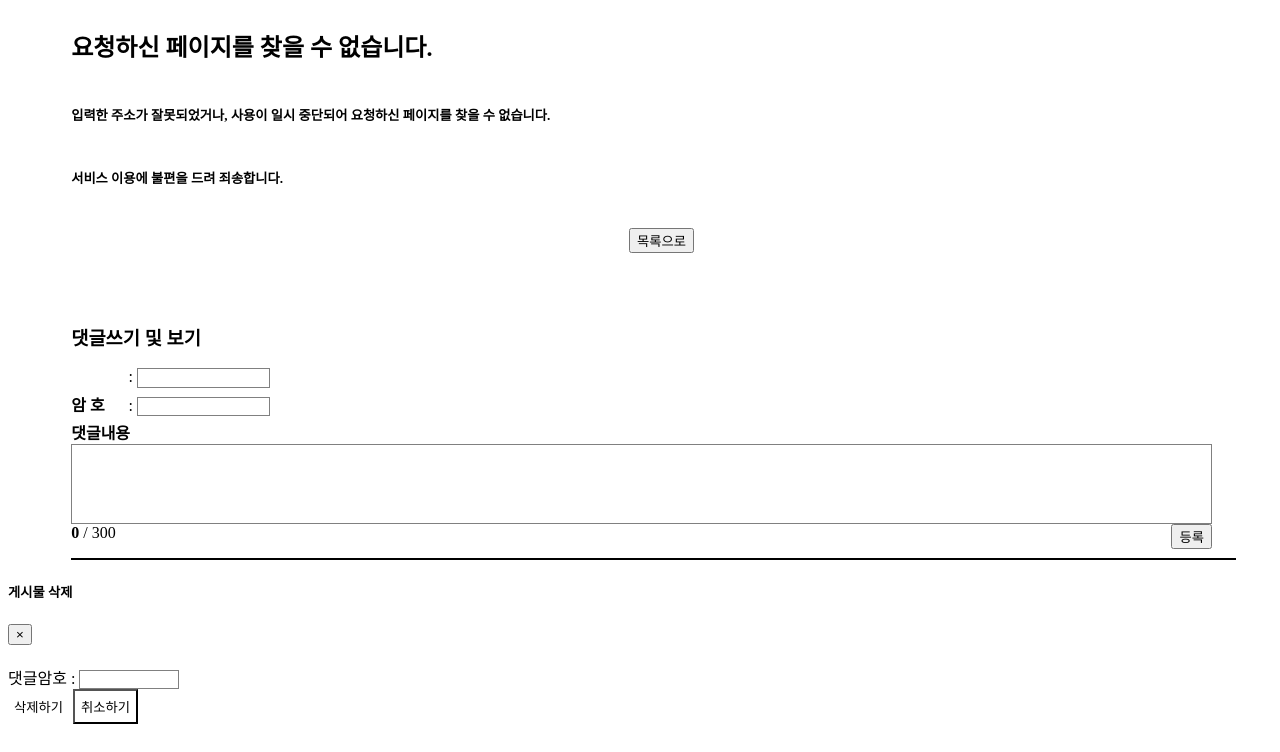
Repository: sser98/bowtech
Page: http://localhost/Board/WEB-INF/views/tiles1/board/view.jsp
An editor plug-in stored every save of this project. The page is shown before and after the next save, followed by the edit.
The browser window is 1280 px wide. The pictures show the whole page.
The page is served by Tomcat 9. Nobody is signed in. Other server files are loaded and not shown. The template is opened directly, without the code that normally fills it, so the values that code supplies are empty.

Above is the page before, as saved 2021-03-09 10:13:45.
Console error (its wording comes from the project's code and is left out).

### Board/src/main/webapp/WEB-INF/views/tiles1/board/view.jsp
<%@ page language="java" contentType="text/html; charset=UTF-8"
    pageEncoding="UTF-8"%>

<%@ taglib prefix="c" uri="http://java.sun.com/jsp/jstl/core" %>

<%@ taglib prefix="fmt" uri="http://java.sun.com/jsp/jstl/fmt" %>
<%@ taglib prefix="fn" uri="http://java.sun.com/jsp/jstl/functions" %>

<style type="text/css">

	th {
		font-family: "제주고딕";
		font-size: 15pt;
	}

	input[type=text]  {
		font-family: "제주고딕";
		font-size: 10pt;
		width: 70px;
	}

	input[type=password] {
		width: 100px;
	}

	textarea {
		font-family: "제주고딕";
		font-size: 13pt;
		height: 90pt;
	}

	td {
		font-family: "제주고딕";
		font-size: 10pt;
	}

	table, th, td, input, textarea {border: solid gray 1px;}

	#table, #table2 {border-collapse: collapse;
	 		         width: 98%;
	 		        }
	#table th, #table td{padding: 5px;}
	#table th{width: 10%; background-color: #DDDDDD; text-align: center;}
	#table td{width: 70%;}
	.long {width: 470px;}
	.short {width: 120px;}

	.move {cursor: pointer;}
	.moveColor {color: #660029; font-weight: bold;}


	a {text-decoration: none !important;}



	td.comment {text-align: center;}

	input#subject {
		width: 100%;
	}

	textarea {
		width: 95%;
		resize: none;
		height: 80px;
	}

		div#btn {
		display: flex;
		align-items: center;
		justify-content : center;
	}

	button {
		margin-top: 0px;
		margin-right: 20px;
		margin-bottom: 20px;
		font-size: 10pt;
	}

	pre {
		white-space: pre-wrap;
		word-break: break-all;
		font-size: 10pt;
		font-family: 제주고딕;
		border: none;
		padding: 0px;
		margin: 0px;
	}

	div#lost {
		display: flex;
		flex-direction: column;
	}

	div#writecomment {

		display: flex;
		width: 100%;
	}

	button#btnComment {
		margin-top: 0;
		margin-bottom: 0;
		margin-right: 0;
	}

	div#mycontent {
		min-height: 0px;
	}

	button#btnComment {
		float: right;
	}

	div#displaybtn {
		width: 95%;
	}

	hr {
		border: thick;
		color: black;
	}

	  button#event {
        float: right;
      }
      div.dropdown {
        float: right;
      }
      div#container {
        width: 97%;
        margin-right: 0%;

      }

      .btn-primary {
        color: black;
        border: none;
      }

      hr {
        border: solid 1px;
      }
      div#content {
        word-break:break-all;
        white-space:normal;
      }

      button.btn  {
      	padding: 6px 6px;
      	margin-right: 0px;
      	background: none;
      }

       .modal-open {
      	overflow: scroll;
      }

      .modal-close {
      	overflow: scroll;
      }

      span#pwResult {
      	float: right;
      }

      div#divpw {
      	width: 100%;
      }

      input#name {
      	width: 100pt;
      }

      input#pw {
      	width: 100pt;
      }

      span.sub_name {
      	display: inline-block;
      	width: 40pt;
      	font-weight: 700;
      }

	  div.sub_div {
	  	margin-bottom: 3pt;
	  }

	  ul {
	  	padding-inline-start: 0px;
	  	margin-bottom: 0px;
	  	list-style-type:  none;
	  }


</style>

<script type="text/javascript">

//<![CDATA[

	var n = 0; // alert 한번만 뜨도록 설정
	var a = 0; // 조건 변수

	$(document).ready(function(){

		$("input#name").bind({
			input : name_analysis,
			paste : name_analysis,
			propertychange : name_analysis

		});


		$("textarea#commentContent").bind({
			input : content_analysis,
			paste : content_analysis,
			propertychange : content_analysis
		});


		pw_bind(); // 댓글 글암호 이벤트

	 // goReadComment();  // 페이징처리 안한 댓글 읽어오기
	    goViewComment(1); // 페이징처리 한 댓글 읽어오기


		$("span.move").hover(function(){
			                   $(this).addClass("moveColor");
		                    }
		                    ,function(){
		                       $(this).removeClass("moveColor");
		                    });

	}); // end of $(document).ready(function(){})----------------


	// == 댓글쓰기 == //
	function goAddWrite() {

		var contentVal = $("textarea#commentContent").val().trim();
		var nameVal = $("input#name").val().trim();

		if(nameVal == "") {
			alert("이름을 입력하세요!!");
			$("input#name").focus();
			return;
		}

		if(contentVal == "") {
			alert("댓글 내용을 입력하세요!!");
			$("textarea#commentContent").focus();
			return;
		}

		// 글암호 유효성 검사
		var pwVal = $("input#pw").val().trim();

		if(pwVal == "") {
			alert("글암호를 입력하세요!!");
			$("input#pw").focus();
			return;
		}

		else {

			var regExp = new RegExp(/^.*(?=^.{8,15}$)(?=.*\d)(?=.*[a-zA-Z])(?=.*[^a-zA-Z0-9]).*$/g);
			var bool = regExp.test(pwVal);

			if(!bool) {

				// 암호가 정규표현식에 위배된 경우
				alert("암호는 영문자,숫자,특수기호가 혼합된 8~15 글자로 입력하세요.");
			   	$("input#pw").focus();
			    return;
			}


		var form_data = $("form[name=addWriteFrm]").serialize();

		$.ajax({
			url:"<%= request.getContextPath()%>/addComment.action",
			data:form_data,
			type:"POST",
			dataType:"JSON",
			success:function(json){  // {"n", 1} OR {"n", 0}
				var n = json.n;

				if(n == 0) {
					alert("오류 발생");
				}

				else {
				//	goReadComment();  // 페이징처리 안한 댓글 읽어오기
					goViewComment(1); // 페이징처리 한 댓글 읽어오기
				}

				$("textarea#commentContent").val("");
				$("input#name").val("");
				$("input#pw").val("");

			},
			error: function(request, status, error){
				alert("code: "+request.status+"\n"+"message: "+request.responseText+"\n"+"error: "+error);
		 	}



		});

	  }

	}// end of function goAddWrite(){}---------------------------


	// === 페이징 처리 안한 댓글 읽어오기 === //
	function goReadComment() {

		$.ajax({
			url:"<%= request.getContextPath()%>/readComment.action",
			data:{"parentSeq":"${boardvo.seq}"},
			dataType:"JSON",
			success:function(json){
				var html = "";
				if(json.length > 0) {
					$.each(json, function(index, item){

						html += "<tr>";
						html += "<td class='comment'>"+item.name+"</td>";
						html += "<td>"+item.content+"</td>";
						html += "<td class='comment'>"+item.regDate+"</td>";
						html += "</tr>";
					});
				}
				else {
					html += "<tr>";
					html += "<td colspan='4' class='comment'>댓글이 없습니다</td>";
					html += "</tr>";
				}

				/* $("tbody#commentDisplay").html(html); */
			},
			error: function(request, status, error){
				alert("code: "+request.status+"\n"+"message: "+request.responseText+"\n"+"error: "+error);
		 	}
		});

	}// end of function goReadComment(){}------------------------



	// === #127. Ajax로 불러온 댓글내용을 페이징처리 하기 === //

	function goViewComment(currentShowPageNo) {

		$.ajax({
			url:"<%= request.getContextPath()%>/commentList.action",
			data:{"parentSeq":"${boardvo.seq}",
				  "currentShowPageNo":currentShowPageNo},
			dataType:"JSON",

			success:function(json){
				var html = "";
				if(json.length > 0) {

					$.each(json, function(index, item){


						html +="<div id=container>";
				        html +="<hr>";
				        html +="<div>";
				        html +="<span id='name'>"+item.name+"</span>";
				        html +="<div class='dropdown'>"
				        html +="<button class='btn btn-primary dropdown-toggle' type='button' data-toggle='dropdown'>";
				        html +=" <span class='caret'></span></button>";
				        html +=" <ul class='dropdown-menu dropdown-menu-right'>";
				        html +=" <li><a data-toggle='modal' data-target='#exampleModal"+index+"'>삭제</a></li>";
				        html +=" </ul>";
				        html +=" </div>";
				        html +=" </div>";
				        html +=" <br>";
				        html +=" <div id='date'>"+item.regDate+"</div>";
				        html +=" <br>";
				        html +=" <div id='content'>";
				        html +=item.content+"</div>";
				        html +=" </div>";

				      html+="<div class='modal fade' id='exampleModal"+index+"' tabindex='-1' role='dialog' aria-labelledby='exampleModalLabel' aria-hidden='true'>";
				      html+="<div class='modal-dialog' role='document'>";
				          html+="<div class='modal-content'>";
				            html+="<div class='modal-header'>";
				              html+="<h5 class='modal-title' id='exampleModalLabel'>게시물 삭제</h5>";
				              html+="<button type='button' class='close' data-dismiss='modal' aria-label='Close'>";
				                html+="<span class='plz' aria-hidden='true'>&times;</span>";
				              html+="</button>";
				            html+="</div>";
				            html+="<form id="+index+" onsubmit='return false;'>";
				            html+="<div class='modal-body'>댓글암호 : <input name='pw' type='password' onkeypress='if(event.keyCode==13) {delComment("+index+","+item.seq+");}'><input type='hidden' name='seq' value='"+item.seq+"'><input type='hidden' name='parentseq' value='"+${boardvo.seq}+"'></div>";
				            html+="<div class='modal-footer'>";
				              html+="<button type='button' class='btn btn-primary' onclick='delComment("+index+","+item.seq+","+${boardvo.seq}+");'>삭제하기</button>";
				              html+="<button type='button' class='btn btn-secondary' data-dismiss='modal' aria-label='Close'>닫기</button>";
				            html+="</div>";
				            html+="</form>";
				          html+="</div>";
				        html +="</div>";
				      html+="</div>";


					});

				}

				else {
/* 					html += "<tr>";
					html += "<td colspan='4' class='comment'>댓글이 없습니다</td>";
					html += "</tr>"; */
				}

/* 				$("tbody#commentDisplay").html(html); */
				$("div#container").html(html);
				// 페이지바 함수 호출
				makeCommentPageBar(currentShowPageNo);
			},

			error: function(request, status, error){
				alert("code: "+request.status+"\n"+"message: "+request.responseText+"\n"+"error: "+error);
		 	}
		});

	}// end of function goReadComment(){}------------------------


	// 댓글 삭제하기
	function delComment(index,seq) {


			// 비밀번호 index, seq

			var form_data = $("form#"+index).serialize();

			$.ajax({
				url:"<%= request.getContextPath()%>/delComment.action",
				data:form_data,
				type:"POST",
				dataType:"JSON",
				success:function(json){  // {"n", 1} OR {"n", 0}

					var n = json.n;

					if(n == 0) {
						alert("비밀번호가 틀렸습니다.");
					}

					else {

						$("span.plz").click(); // 닫는건 문제가 안됨.
						$("div.modal-backdrop").remove();
						$("div.modal-backdrop").css("display, none");
						$("body").css("overflow, scroll");
						// 왜안먹지

						setTimeout(function() {
							goViewComment(1);
							}, 3);

					}

				},

				error: function(request, status, error){
					alert("code: "+request.status+"\n"+"message: "+request.responseText+"\n"+"error: "+error);
			 	}
			});
	  };

	// ==== 댓글내용 페이지바 Ajax로 만들기 ==== //
	function makeCommentPageBar(currentShowPageNo) {

		<%-- 원글에 대한 댓글의 totalPage 수를 알아오려고 한다. --%>
		$.ajax({
			url:"<%= request.getContextPath()%>/getCommentTotalPage.action",
			data:{"parentSeq":"${boardvo.seq}",
				  "sizePerPage":"5"},
			type:"GET",
			dataType:"JSON",
			success:function(json){
			//	console.log("전체페이지수 : " + json.totalPage);

				if(json.totalPage > 0) {
					// 댓글이 있는 경우

					var totalPage = json.totalPage;

					var pageBarHTML = "<ul style='list-style: none;'>";

					var blockSize = 2;
					// blockSize 는 1개 블럭(토막)당 보여지는 페이지번호의 개수 이다.
					/*
					      1 2 3 4 5 6 7 8 9 10  다음                   -- 1개블럭
					   이전  11 12 13 14 15 16 17 18 19 20  다음   -- 1개블럭
					   이전  21 22 23
					*/

					var loop = 1;

					/*
				    	loop는 1부터 증가하여 1개 블럭을 이루는 페이지번호의 개수[ 지금은 10개(== blockSize) ] 까지만 증가하는 용도이다.
				    */

				    if(typeof currentShowPageNo == "string") {
				    	currentShowPageNo = Number(currentShowPageNo);
				    }

				    // *** !! 다음은 currentShowPageNo 를 얻어와서 pageNo 를 구하는 공식이다. !! *** //
				    var pageNo = Math.floor( (currentShowPageNo - 1)/blockSize ) * blockSize + 1;

					// === [맨처음][이전] 만들기 ===
					if(pageNo != 1) {
						pageBarHTML += "<li style='display:inline-block; width:60px; font-size:12pt;'><a href='javascript:goViewComment(\"1\")'>[맨처음]</a></li>";
						pageBarHTML += "<li style='display:inline-block; width:50px; font-size:11pt;'><a href='javascript:goViewComment(\""+(pageNo-1)+"\")'>[이전]</a></li>";
					}

					while( !(loop > blockSize || pageNo > totalPage) ) {


						if(pageNo == currentShowPageNo) {
							pageBarHTML += "<li style='display:inline-block; width:30px; font-size:11pt; border:solid 1px gray; color:red; padding:2px 4px;'>"+pageNo+"</li>";
						}
						else {
							pageBarHTML += "<li style='display:inline-block; width:30px; font-size:11pt;'><a href='javascript:goViewComment(\""+pageNo+"\")'>"+pageNo+"</a></li>";
						}

						loop++;
						pageNo++;

					}// end of while------------------------------


					// === [다음][마지막] 만들기 ===
					if( !(pageNo > totalPage) ) {
						pageBarHTML += "<li style='display:inline-block; width:50px; font-size:11pt;'><a href='javascript:goViewComment(\""+pageNo+"\")'>[다음]</a></li>";
						pageBarHTML += "<li style='display:inline-block; width:60px; font-size:11pt;'><a href='javascript:goViewComment(\""+totalPage+"\")'>[마지막]</a></li>";
					}

					pageBarHTML += "</ul>";

					$("div#pageBar").html(pageBarHTML);
				}


			},
			error: function(request, status, error){
				alert("code: "+request.status+"\n"+"message: "+request.responseText+"\n"+"error: "+error);
		 	}
		});

	}// end of function makeCommentPageBar(currentShowPageNo){}----------


	function name_analysis(event) {

		var name = $("input#name").val().trim();

		if (name.length > 5) {

			name = $("input#name").val().trim();
			name_unbind();
			alert_content(3);
			$(this).val(name.substring(0, 5));
			$("input#name").focus();

		}
		return;
	};

	function name_bind() {
		var name = $("input#name").val();
		$("input#name").val(name.substring(0, 5));
		$('input#name').bind({
			paste : name_analysis,
			input : name_analysis,
			propertychange : name_analysis
		});

	};

	function name_unbind() {

		$("input#name").unbind("input");
		$("input#name").unbind("paste");
		$("input#name").unbind("propertychange");
	};


	function content_analysis(event) {

		var content = $("textarea#commentContent").val().trim();
		$("strong#result").html(content.length);

		if (content.length > 300) {

			$("strong#result").html("300");
			content = $("textarea#commentContent").val();
			content_unbind();
			alert_content(2);
			$("textarea#commentContent").val(content.substring(0, 300));
			$("textarea#commentContent").focus();

		}
		return;
	};


	function content_bind() {
		var content = $("textarea#commentContent").val();
		$("textarea#commentContent").val(content.substring(0, 300) );
		$('textarea#commentContent').bind({
			paste : content_analysis,
			input : content_analysis,
			propertychange : content_analysis
		});
		return;
	};

	function content_unbind() {

		$("textarea#commentContent").unbind("input");
		$("textarea#commentContent").unbind("paste");
		$("textarea#commentContent").unbind("propertychange");
	};


	function alert_content(a) {

		// 함수 실행 깃발

		if (n == 1) {
			n = 0;

			//textarea_bind();
			content_bind();
			name_bind();
			return;
		}

		// 제목
		if (a == 2) {

			alert("댓글은 최대 300자 까지 입력 가능합니다.");
			n = 1;
			setTimeout(function() {
				alert_content(2);
				}, 0.01);
		}

		// 이름
		if (a == 3) {
			alert("이름은 최대 5자 까지 입력 가능합니다.");
			n = 1;
			setTimeout(function() {
				alert_content(3);
				}, 0.01);
		}

		return;

	}; // end of alert 함수


	function pw_bind() {

		$('input#pw').bind({
			paste : pw_analysis,
			input : pw_analysis,
			propertychange : pw_analysis
		});
		return;
	};

	function pw_analysis() {

		var pwVal = $("input#pw").val();

			// 공백
			if(pwVal == "") {
				$("span#pwResult").html("암호를 입력하세요").css("color", "red");
				return;
			}

			// 비밀번호 15자 초과
			if(pwVal.length > 15) {

				$("input#pw").val(pwVal.substring(0, 15) );
				$("span#pwResult").html("암호는 최대 15자까지 사용 가능합니다.").css("color", "red");
				return;
			}

			var regExp = new RegExp(/^.*(?=^.{8,15}$)(?=.*\d)(?=.*[a-zA-Z])(?=.*[^a-zA-Z0-9]).*$/g);
			var bool = regExp.test(pwVal);

			if(!bool) {

				// 암호가 정규표현식에 위배된 경우
				$("span#pwResult").html("암호는 영문자,숫자,특수기호가 혼합된 8~15 글자로 입력하세요.").css("color", "red");
			   	$("input#pw").focus();
			    return;
			}

			$("span#pwResult").html("사용가능한 비밀번호 입니다.").css("color", "green");
			return;

	};




//]]>

</script>

<div style="padding-left: 5%;">

	<c:if test="${not empty boardvo}">
		<h1>글내용보기</h1>
	</c:if>


    <c:if test="${not empty boardvo}">
		<table summary="게시글의 제목과 내용 파일첨부을 나타낸 표 " id="table">
		<caption>게시글 내용 보기</caption>
			<%-- <tr>
				<th>글번호</th>
				<td>${boardvo.seq}</td>
			</tr> --%>
			<tr>
				<th scope="row">작성자</th>
				<td><c:out value="${boardvo.name}"></c:out> </td>
			</tr>
			<tr>
				<th scope="row">제목</th>
				<td><c:out value="${boardvo.subject}"></c:out></td>
			</tr>
			<tr>
				<th scope="row">내용</th>
				<td>
				 <pre><c:out value="${boardvo.content}"></c:out></pre>
				 <%--
				      style="word-break: break-all; 은 공백없는 긴영문일 경우 width 크기를 뚫고 나오는 것을 막는 것임.
				           그런데 style="word-break: break-all; 나 style="word-wrap: break-word; 은
				           테이블태그의 <td>태그에는 안되고 <p> 나 <div> 태그안에서 적용되어지므로 <td>태그에서 적용하려면
				      <table>태그속에 style="word-wrap: break-word; table-layout: fixed;" 을 주면 된다.
				 --%>
				</td>
			</tr>
			<tr>
				<th scope="row"> 조회수</th>
				<td>${boardvo.readCount}</td>
			</tr>
			<tr>
				<th scope="row">작성일</th>
				<td>${boardvo.regDate}</td>
			</tr>

			<%-- === #162. 첨부파일 이름 및 파일크기를 보여주고 첨부파일을 다운로드 되도록 만들기 === --%>
			<tr>
				<th scope="row">첨부파일</th>
				<td>
					<c:if test="${sessionScope.loginuser == null}">

						<ul style="filename">
							<c:forEach var="orgFileName" items="${orgFilenameList}" varStatus="i">
							<li><a title="${orgFileName} 파일다운로드" href="<%= request.getContextPath()%>/download.action?seq=${boardvo.seq}&index=${i.index}">${orgFileName}</a> </li>
							</c:forEach>
						</ul>

						<%-- <a href="<%= request.getContextPath()%>/download.action?seq=${boardvo.seq}">${boardvo.orgFilename}</a> --%>
					</c:if>

					<c:if test="${sessionScope.loginuser != null}">
						<ul style="filename">
							<c:forEach var="orgFileName" items="${orgFilenameList}" varStatus="i">
							<li> <a title="${orgFileName} 파일다운로드"  href="<%= request.getContextPath()%>/download.action?seq=${boardvo.seq}&index=${i.index}">${orgFileName}/</a> </li>
							</c:forEach>
						</ul>
					</c:if>
				</td>
			</tr>

		</table>

		<br/>

		<c:set var="gobackURL2" value='${ fn:replace(gobackURL, "&" ," ") }' />
		<c:if test="${searchWord == null}">
			<c:if test="${boardvo.previoussubject != null}">
			 	<div style="margin-bottom: 1%;">이전글&nbsp;:&nbsp;<span class="move" onclick="javascript:location.href='view.action?seq=${boardvo.previousseq}&gobackURL=${gobackURL2}'"><c:out value="${boardvo.previoussubject}"></c:out></span></div>
			</c:if>
			<c:if test="${boardvo.nextseq != null}">
			 	<div style="margin-bottom: 1%;">다음글&nbsp;:&nbsp;<span class="move" onclick="javascript:location.href='view.action?seq=${boardvo.nextseq}&gobackURL=${gobackURL2}'"><c:out value="${boardvo.nextsubject}"></c:out></span></div>
			</c:if>

		<%-- <div style="margin-bottom: 1%;">이전글&nbsp;:&nbsp;<span class="move" onclick="javascript:location.href='view.action?seq=${boardvo.previousseq}&gobackURL=${gobackURL2}'"><c:out value="${boardvo.previoussubject}"></c:out></span></div>
		<div style="margin-bottom: 1%;">다음글&nbsp;:&nbsp;<span class="move" onclick="javascript:location.href='view.action?seq=${boardvo.nextseq}&gobackURL=${gobackURL2}'"><c:out value="${boardvo.nextsubject}"></c:out></span></div> --%>
		</c:if>
    </c:if>


	<c:if test="${empty boardvo}">
	<div id="lost">
		<h2>요청하신 페이지를 찾을 수 없습니다.</h2>
		<h5>입력한 주소가 잘못되었거나, 사용이 일시 중단되어 요청하신 페이지를 찾을 수 없습니다.</h5>
		<h5>서비스 이용에 불편을 드려 죄송합니다.</h5>
	</div>
	</c:if>

	<br/>


	<div id="btn">

	<%--  === #126. 페이징 처리되어진 후 특정 글제목을 클릭하여 상세내용을 본 이후
		                        사용자가 목록보기 버튼을 클릭했을때 돌아갈 페이지를 알려주기 위해
		                        현재 페이지 주소를 뷰단으로 넘겨준다. --%>


	<c:if test="${empty boardvo}">
		<button title="게시판 목록으로 돌아가기" type="button" onclick="javascript:location.href='<%= request.getContextPath()%>/list.action'">목록으로</button>
	</c:if>

	<c:if test="${not empty boardvo}">
		<button title="게시글 수정하기" type="button" onclick="javascript:location.href='<%= request.getContextPath()%>/edit.action?seq=${boardvo.seq}&gobackURL=${gobackURL}'">수정</button>
		<button title="게시판 목록으로 돌아가기" type="button" onclick="javascript:location.href='<%= request.getContextPath()%>/${gobackURL}'">목록으로</button>
		<button title="게시글 삭제하기" type="button" onclick="javascript:location.href='<%= request.getContextPath()%>/del.action?seq=${boardvo.seq}'">삭제</button>
		<button title="답변글쓰기 " type="button" onclick="javascript:location.href='<%= request.getContextPath()%>/add.action?fk_seq=${boardvo.seq}&groupno=${boardvo.groupno}&depthno=${boardvo.depthno}'">답변글쓰기</button>
	</c:if>
	</div>

    <%-- === #141. 어떤글에 대한 답변글쓰기는 로그인 되어진 회원의 gradelevel 컬럼의 값이 10 인 직원들만 답변글쓰기가 가능하다 --%>
    <c:if test="${sessionScope.loginuser.gradelevel == 10}">
    	<button title="답변글쓰기 " type="button" onclick="javascript:location.href='<%= request.getContextPath()%>/add.action?fk_seq=${boardvo.seq}&groupno=${boardvo.groupno}&depthno=${boardvo.depthno}'">답변글쓰기</button>
	</c:if>


	<!-- === #83. 댓글쓰기 폼 추가 === -->
	<%-- <c:if test="${not empty sessionScope.loginuser}"> --%>


<%-- 		<form name="addWriteFrm" style="margin-top: 20px;">
		<div id= writecomment>
			<div id="one" >
				<input type="hidden" name="fk_userid" value="leess" />
				작성자 : <input id="name" type="text" name="name" value="" class="short" style="width: 60%;" />  &nbsp;&nbsp;
			</div>
		<button id="btnComment" type="button" onclick="goAddWrite()">확인</button>
			</div>
		</div>
		</form>
				<div id="two">
				내용 : <input id="commentContent" type="text" name="content" style="width: 90%;" class="long" />
				<input type="hidden" name="parentSeq" value="${boardvo.seq}" />
			</div>

			<div id="three"> --%>

<div id ="writeBorder">
	<form title="댓글쓰기 및 댓글 목록" name="addWriteFrm" style="border-color: black 1px;">
		   <h3 style="margin-top: 50px;">댓글쓰기 및 보기</h3>
          <div style="margin-right: 5%;">
          	<div class="sub_div">
          	  <span  class="sub_name"> <label for="">  </label> </span>
               :&nbsp;<input title="작성자 입력" type="text" id="name" name="name">
              <input type="hidden" name="fk_userid" value="leess" />
              <input type="hidden" name="parentSeq" value="${boardvo.seq}" />
          	</div>

             <div class="sub_div">
               <span  class="sub_name">암 호</span>
  			   :  <input title="댓글 암호 입력" type="password" id="pw" name="comment_pw">
  			   <span id="pwResult"></span>
             </div>

             <div class="sub_div">

             </div>

          </div>


            <div>
            <strong>댓글내용</strong>
              <textarea title="댓글 내용을 입력하세요" id="commentContent" name="content" rows="3" cols="30"></textarea>
            </div>


            <div id="displaybtn">
            <strong title="입력 가능한 글자수" id="result"> 0 </strong> / <span> 300</span>
               <button title="댓글 등록하기" type="button" id="btnComment" type="button" onclick="goAddWrite()">
                  <span>등록</span>
               </button>
            </div>

  </form>
</div>




	<!-- ===== #94. 댓글 내용 보여주기 ===== -->
<!-- 	<table id="table2" style="margin-top: 2%; margin-bottom: 3%;">
		<thead>
		<tr>
			<th style="width: 10%; text-align: center;">작성자</th>
			<th style="width: 60%; text-align: center;">내용</th>
			<th style="text-align: center;">작성일자</th>
		</tr>
		</thead>
		<tbody id="commentDisplay"></tbody>
	</table> -->

	  <div id="container">
        <hr>
      </div>

	<!-- ==== #136. 댓글 페이지바 ==== -->
	<div id="pageBar" style="border:solid 0px gray; width: 90%; margin: 10px auto; text-align: center;"></div>
</div>


    <div class="modal fade" id="exampleModal" tabindex="-1" role="dialog" aria-labelledby="exampleModalLabel" aria-hidden="true">
      <div class="modal-dialog" role="document">
        <div class="modal-content">
          <div class="modal-header">
            <h5 class="modal-title" id="exampleModalLabel">게시물 삭제</h5>
            <button type="button" data-dismiss="modal" aria-label="Close">
              <span aria-hidden="true">&times;</span>
            </button>
          </div>

          <div class="modal-body">댓글암호 : <input title="댓글를 입력하세요" type="password"><input type="hidden" value=""></div>
          <div class="modal-footer">
            <button title="댓글 삭제하기" type="button" id="btnDelete" onclick="delComment();" class="btn btn-primary">삭제하기</button>
            <button title="댓글 삭제 취소하기" type="button" onclick="javascript:history.back()" class="btn btn-secondary" data-dismiss="modal">취소하기</button>
          </div>
        </div>
      </div>

    </div>

After the next save:
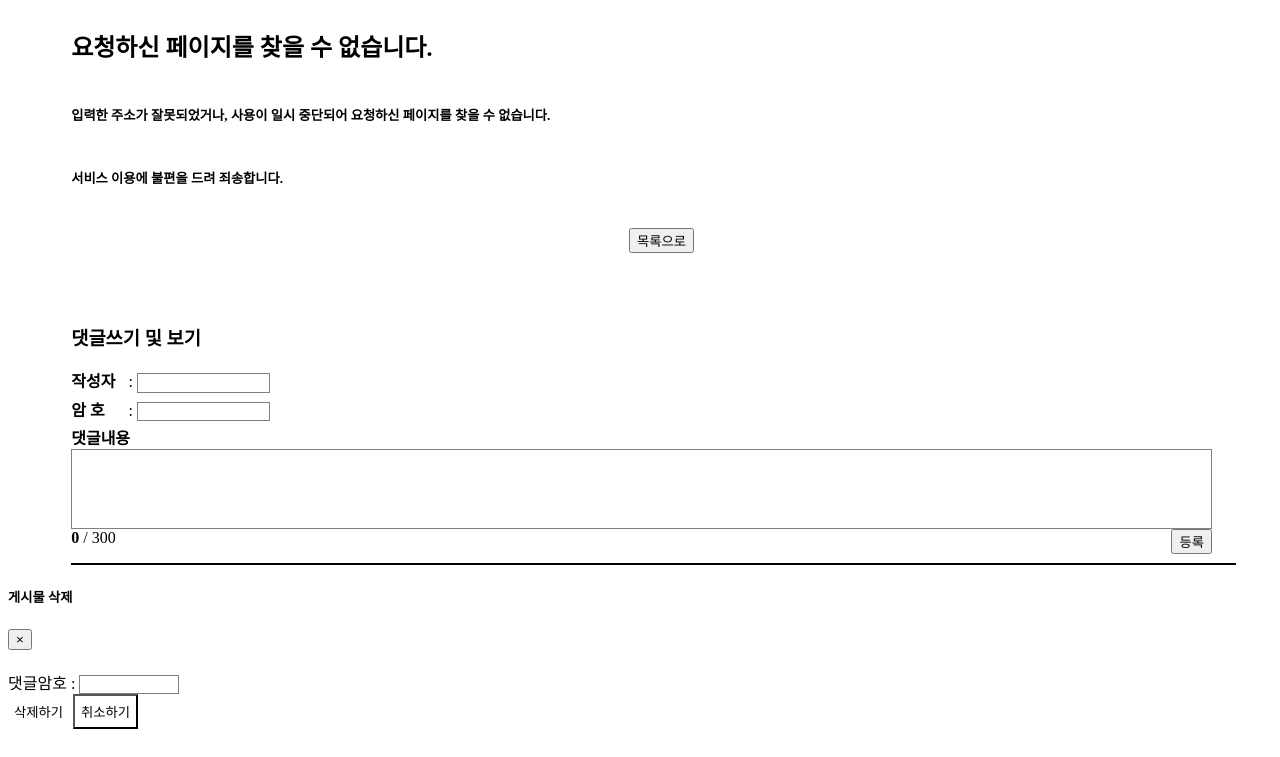
Saved 7 s later.
--- a/Board/src/main/webapp/WEB-INF/views/tiles1/board/view.jsp
+++ b/Board/src/main/webapp/WEB-INF/views/tiles1/board/view.jsp
@@ -868,7 +868,7 @@
 		   <h3 style="margin-top: 50px;">댓글쓰기 및 보기</h3>
           <div style="margin-right: 5%;">
           	<div class="sub_div">
-          	  <span  class="sub_name"> <label for="">  </label> </span>
+          	  <span  class="sub_name"> <label for="name">작성자</label> </span>
                :&nbsp;<input title="작성자 입력" type="text" id="name" name="name">
               <input type="hidden" name="fk_userid" value="leess" />
               <input type="hidden" name="parentSeq" value="${boardvo.seq}" />
